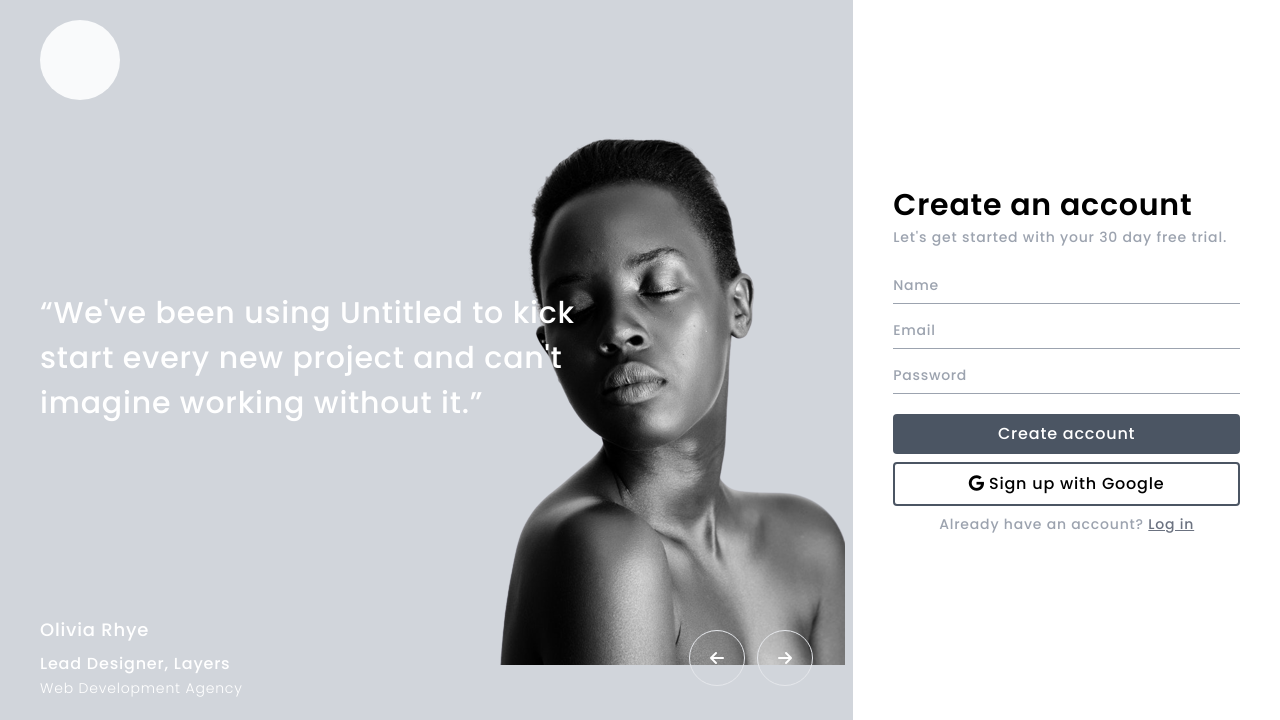
Repository: debthebuilder/youtube-html-contact-form-tailwindcss
Page: contact.html
These files come from the project's save history. The page is drawn as it stood at one moment and after a run of saves; the edit follows.
The browser window is 1280 px wide. The pictures show the whole page.
Some web libraries are served in a nearby version.

Above is the page before, as saved 2022-08-03 06:30:32.

### contact.html
<!DOCTYPE html>
<html lang="en">
<head>
    <meta charset="UTF-8">
    <meta http-equiv="X-UA-Compatible" content="IE=edge">
    <meta name="viewport" content="width=device-width, initial-scale=1.0">
    <link rel="stylesheet" href="https://cdnjs.cloudflare.com/ajax/libs/font-awesome/6.1.2/css/all.min.css" integrity="sha512-1sCRPdkRXhBV2PBLUdRb4tMg1w2YPf37qatUFeS7zlBy7jJI8Lf4VHwWfZZfpXtYSLy85pkm9GaYVYMfw5BC1A==" crossorigin="anonymous" referrerpolicy="no-referrer" />
    <link rel="preconnect" href="https://fonts.googleapis.com">
    <link rel="preconnect" href="https://fonts.gstatic.com" crossorigin>
    <link href="https://fonts.googleapis.com/css2?family=Poppins:wght@300;500;600&display=swap" rel="stylesheet">
    <link href="stylesheet.css" rel="stylesheet">
    <script src="https://cdn.tailwindcss.com"></script>
    <title>HTML Contact Form</title>
</head>
<body>
    <div class="w-full h-screen flex tracking-wider">
        <!--Background Image with Overlay text-->
        <div class="w-4/6 text-white bg-gray-300  flex flex-col justify-between py-5 px-10  bgImg">
            <a href="#" class="block">
                <div class="w-20 h-20 bg-gray-50 rounded-full"></div>
            </a>
            <q class="text-3xl leading-normal w-3/4">We've been using Untitled to kick start every new project and can't imagine working without it.</q>
            <div class="flex flex-row items-center justify-between">
                <div>
                    <h3 class="mb-2 text-lg">Olivia Rhye</h3>
                    <div class="font-normal">Lead Designer, Layers</div>
                    <span class="font-light text-sm">Web Development Agency</span>
                </div>
                <div class="flex">
                    <span class="w-14 h-14 flex items-center justify-center border rounded-full">
                        <i class="fa-solid fa-arrow-left"></i>
                    </span>
                    <span class="w-14 h-14 flex items-center justify-center border rounded-full ml-3">
                        <i class="fa-solid fa-arrow-right"></i>
                    </span>

                </div>
            </div>
        </div>
        <!--Form-->
        <div class="w-full md:w-2/6 px-10 flex flex-col justify-center">
            <h2 class="text-3xl font-semibold">Create an account</h2>
            <span class="text-sm text-gray-400 mt-1">Let's get started with your 30 day free trial.</span>
            <form class="mt-5">
                <input type="text" name="name" placeholder="Name" class="w-full border-b border-gray-400 placeholder:text-gray-400 pb-2  text-sm tracking-wider focus:outline-none focus:border-0 focus:border-b-2 my-2">
                <input type="email" name="email" placeholder="Email" class="w-full border-b border-gray-400 placeholder:text-gray-400 pb-2  text-sm tracking-wider focus:outline-none focus:border-0 focus:border-b-2 my-2">
                <input type="password" name="password" placeholder="Password" class="w-full border-b border-gray-400 placeholder:text-gray-400 pb-2  text-sm tracking-wider focus:outline-none focus:border-0 focus:border-b-2 my-2">
                <div class="mt-3">
                    <button class="block bg-gray-600 w-full py-2 rounded my-2 text-white">Create account</button>
                    <button class="block border-2 border-gray-600  w-full py-2 my-2 rounded"><span class="mr-1"><i class="fa-brands fa-google"></i></span>Sign up with Google</button>
                </div>
                <p class="text-center text-sm text-gray-400 mt-2">Already have an account? <a href="#" class="underline text-gray-500">Log in</a></p>
            </form>



        </div>
    </div>
</body>
</html>

### stylesheet.css
body{
    font-family: 'Poppins', sans-serif;
}

.bgImg {
    background: url(/assets/bg2.png) no-repeat center center fixed;
}

After the next 2 saves:
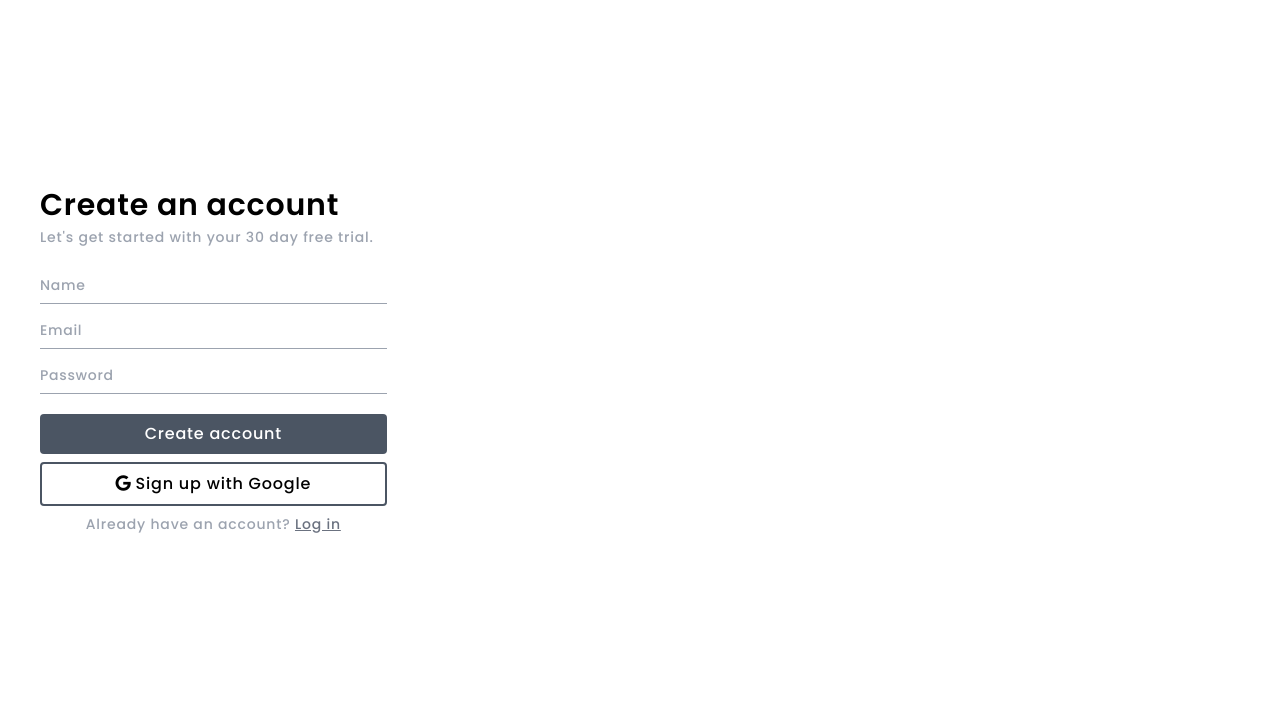
The 2 saves are shown as one change because they came seconds apart.
The last was saved 9 s later.
--- a/contact.html
+++ b/contact.html
@@ -15,7 +15,7 @@
 <body>
     <div class="w-full h-screen flex tracking-wider">
         <!--Background Image with Overlay text-->
-        <div class="w-4/6 text-white bg-gray-300  flex flex-col justify-between py-5 px-10  bgImg">
+        <div class="hidden md:w-4/6 text-white bg-gray-300  flex flex-col justify-between py-5 px-10  bgImg">
             <a href="#" class="block">
                 <div class="w-20 h-20 bg-gray-50 rounded-full"></div>
             </a>

After the save that followed:
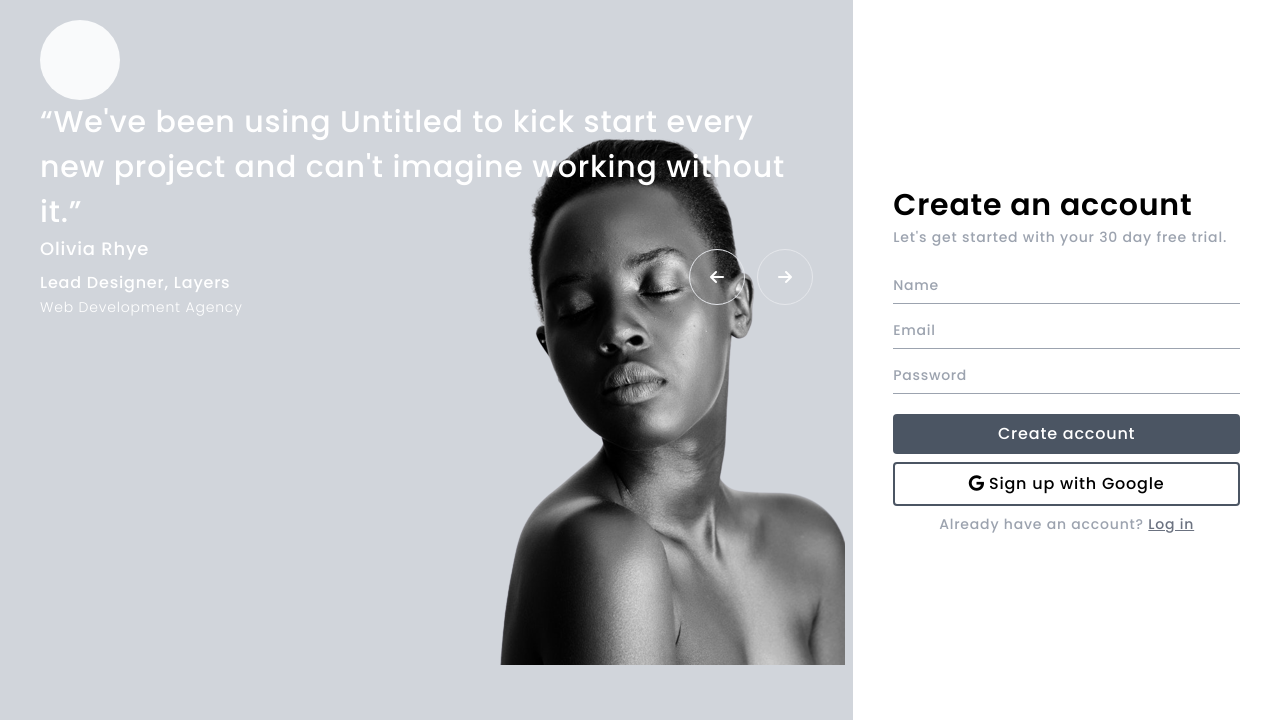
Saved 28 s later.
--- a/contact.html
+++ b/contact.html
@@ -15,7 +15,7 @@
 <body>
     <div class="w-full h-screen flex tracking-wider">
         <!--Background Image with Overlay text-->
-        <div class="hidden md:w-4/6 text-white bg-gray-300  flex flex-col justify-between py-5 px-10  bgImg">
+        <div class="hidden md:block md:w-4/6 text-white bg-gray-300  flex flex-col justify-between py-5 px-10  bgImg">
             <a href="#" class="block">
                 <div class="w-20 h-20 bg-gray-50 rounded-full"></div>
             </a>
